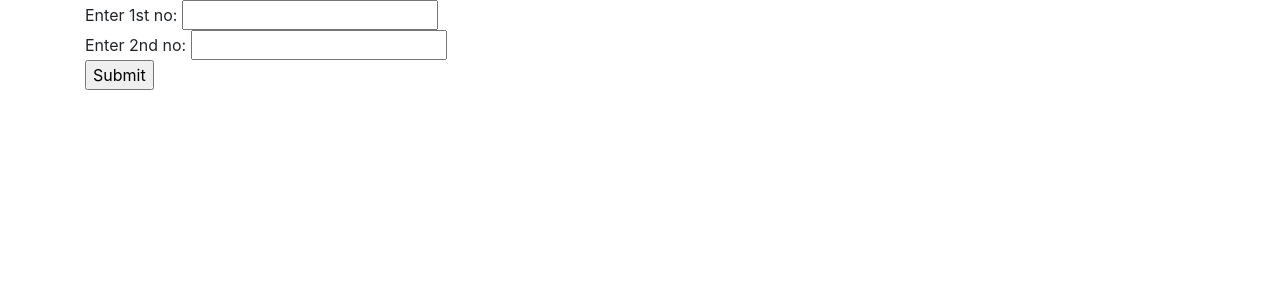
Repository: zinmyoswe/Learning-JSP-and-Servlet
Page: DemoApp/WebContent/index.html
An editor plug-in stored every save of this project. The page is shown before and after the next save, followed by the edit.
The browser window is 1280 px wide. The pictures show the whole page.

Above is the page before, as saved 2019-12-11 11:07:10.

After the next save:
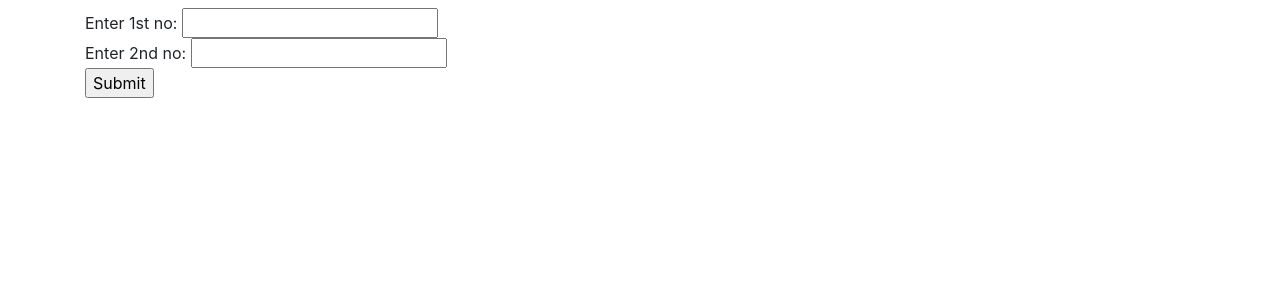
Saved 12 s later.
--- a/DemoApp/WebContent/index.html
+++ b/DemoApp/WebContent/index.html
@@ -11,7 +11,7 @@
     <title>Hello, world!</title>
   </head>
   <body>
-    <div class="container">
+    <div class="container mt-2">
     	<div class="row">
     		<div class="col-lg-12">
     		  <form action="add">
